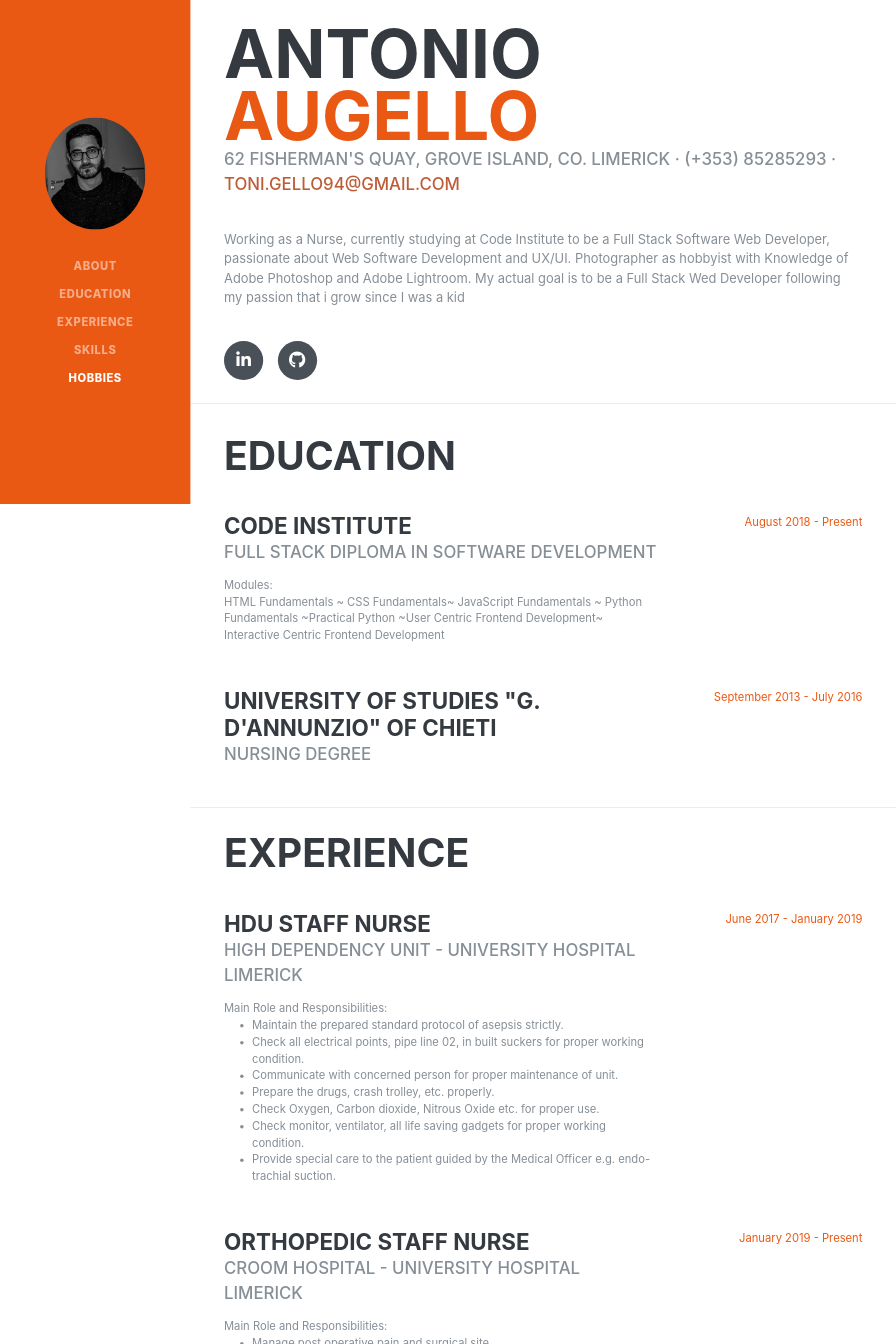
Repository: gello94/antonio_augello_online_Resume
Page: http://localhost/
The author's editor kept a record of every edit. The page is drawn from the files as they stood at one moment, then again after the next edit.
The browser window is 1280 px wide. The pictures show the part of the page from y = 0 to 1920 px (the page is 4698 px tall), at 70% of full size.
Some web fonts or font styles are not loaded; a fallback is used. The page is served by the project's application, run on Flask 3 (run.py).

Above is the page before.

After the next edit:
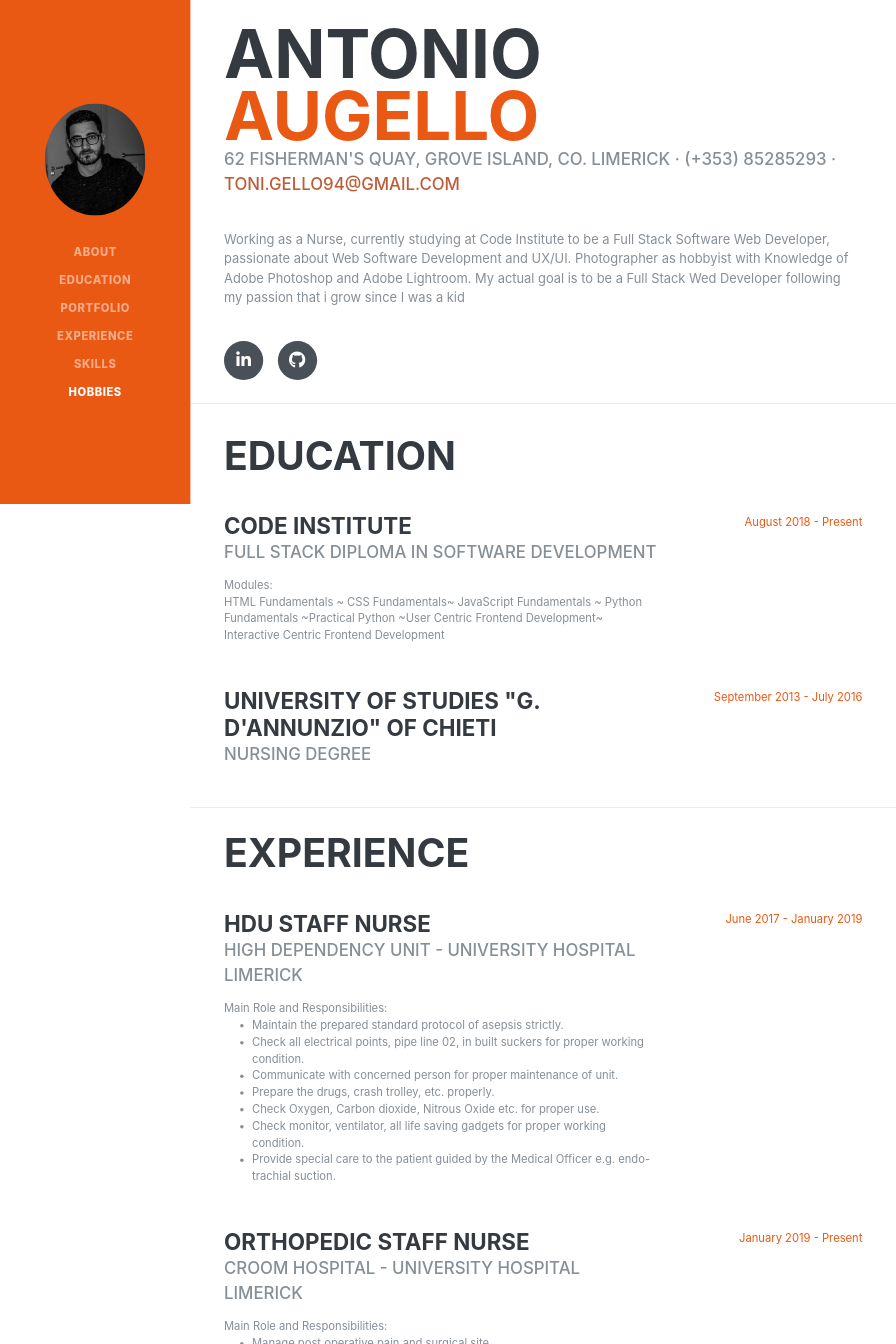
The edit:
--- a/templates/index.html
+++ b/templates/index.html
@@ -44,6 +44,9 @@
 
         <li class="nav-item">
           <a class="nav-link js-scroll-trigger" href="#education">Education</a>
+        </li>
+        <li class="nav-item">
+          <a class="nav-link js-scroll-trigger" href="#portfolio">Portfolio</a>
         </li>
         <li class="nav-item">
           <a class="nav-link js-scroll-trigger" href="#experience">Experience</a>
